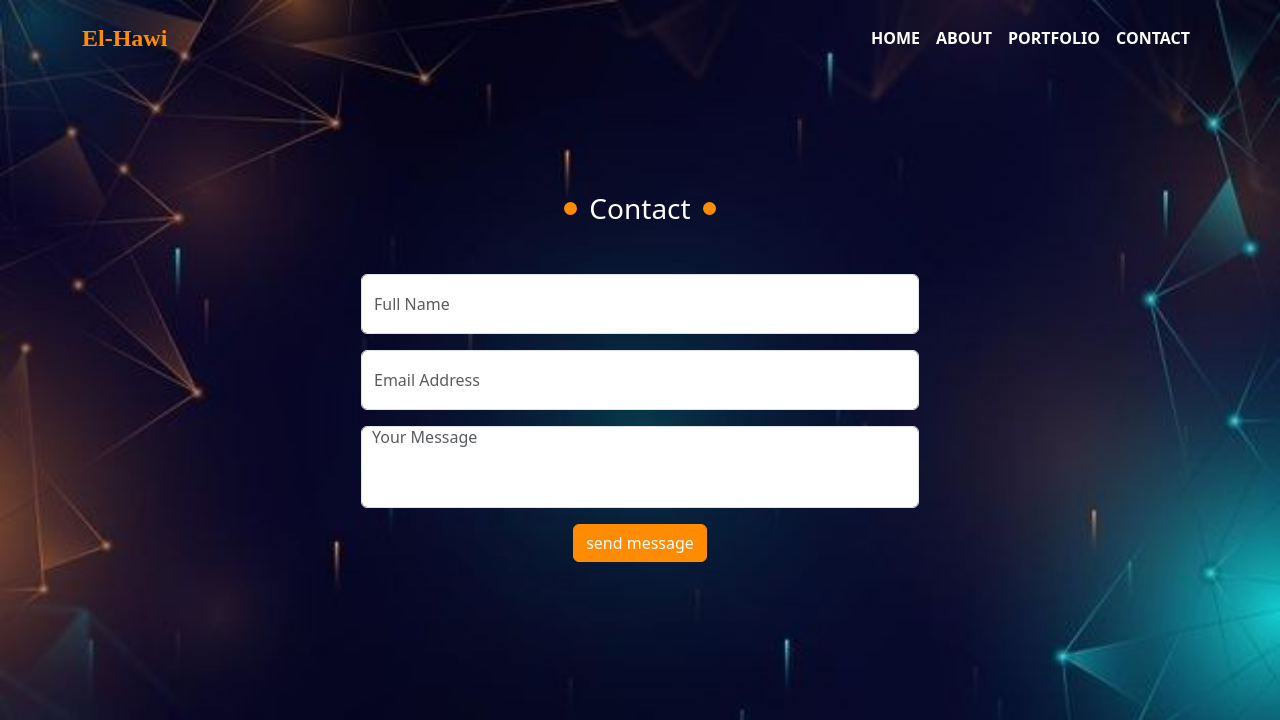
Repository: amralhawi123/Portfolio
Page: /contact
An editor plug-in stored every save of this project. The page is shown before and after the next save, followed by the edit.
The browser window is 1280 px wide. The pictures show the whole page.
The project was rebuilt for these pictures with package versions that can differ from the ones it lists, and the page was loaded fresh each time. Also part of the build but not shown: src/components/landing/landing.css, src/components/landing/landing.js, src/components/about/about.css, src/components/about/About.js, src/components/Portfolio/portfolio.css, src/components/Portfolio/Portfolio.js. Imported but missing from the stored project, and not drawn on this page: src/image/Amr Mahmoud Alhawi.pdf.

Above is the page before, as saved 2023-08-28 17:38:45.

After the next save:
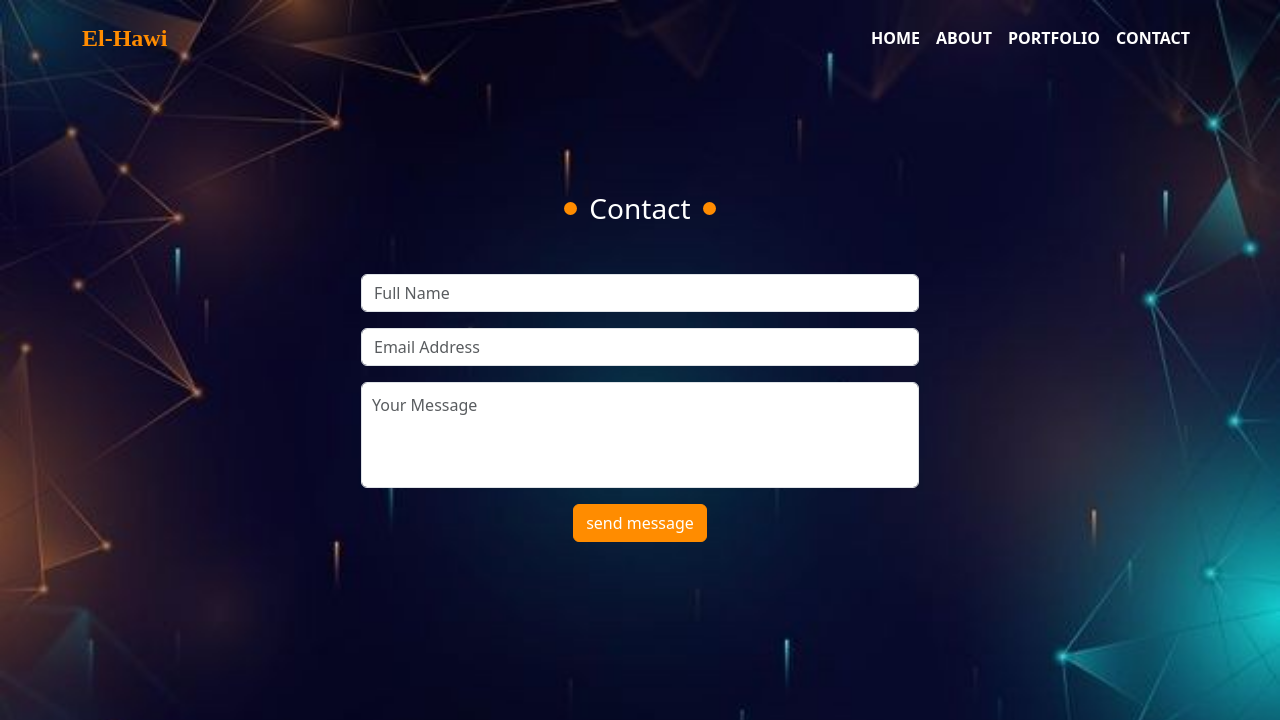
Saved 16 s later.
--- a/src/components/contact/contact.css
+++ b/src/components/contact/contact.css
@@ -11,7 +11,7 @@
    width: 50%;
 }
 form input{
-   height: 60px;
+   padding: 10px 0 70px 10px;
 }
 form .heghit{
    padding: 10px 0 70px 10px;

After the save that followed:
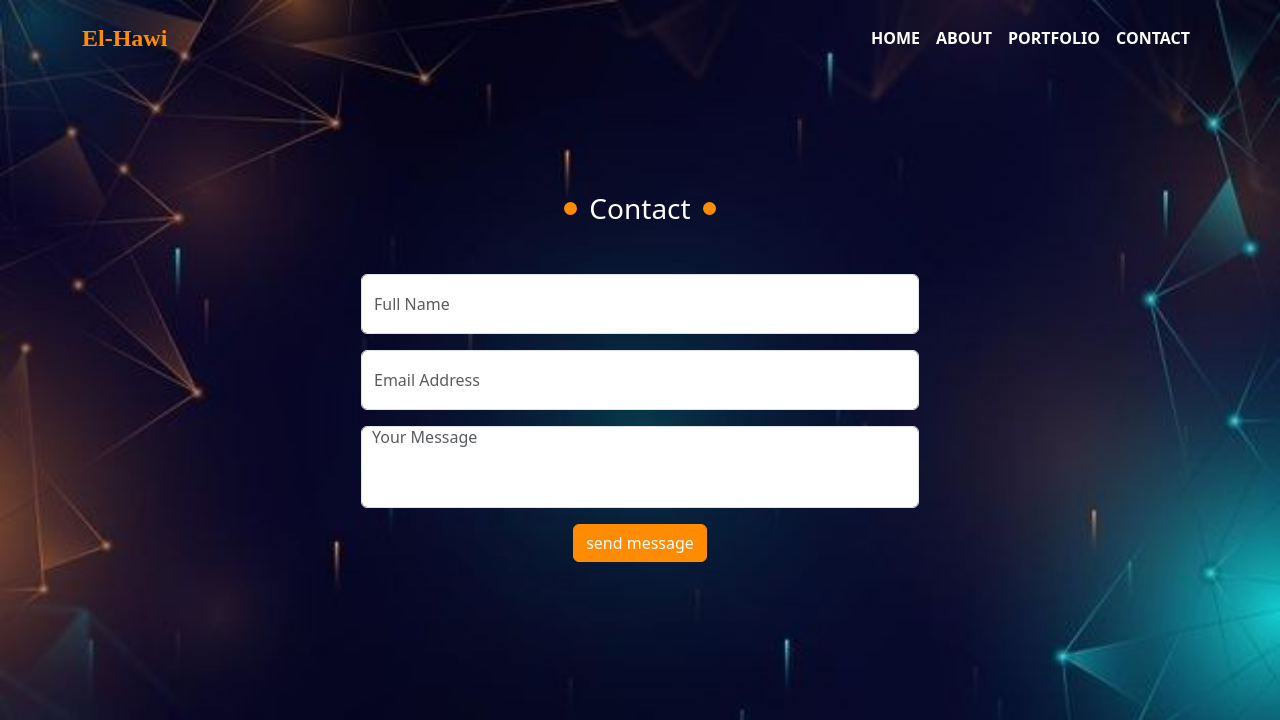
Saved 9 s later.
--- a/src/components/contact/contact.css
+++ b/src/components/contact/contact.css
@@ -11,7 +11,7 @@
    width: 50%;
 }
 form input{
-   padding: 10px 0 70px 10px;
+   height: 60px;
 }
 form .heghit{
    padding: 10px 0 70px 10px;
